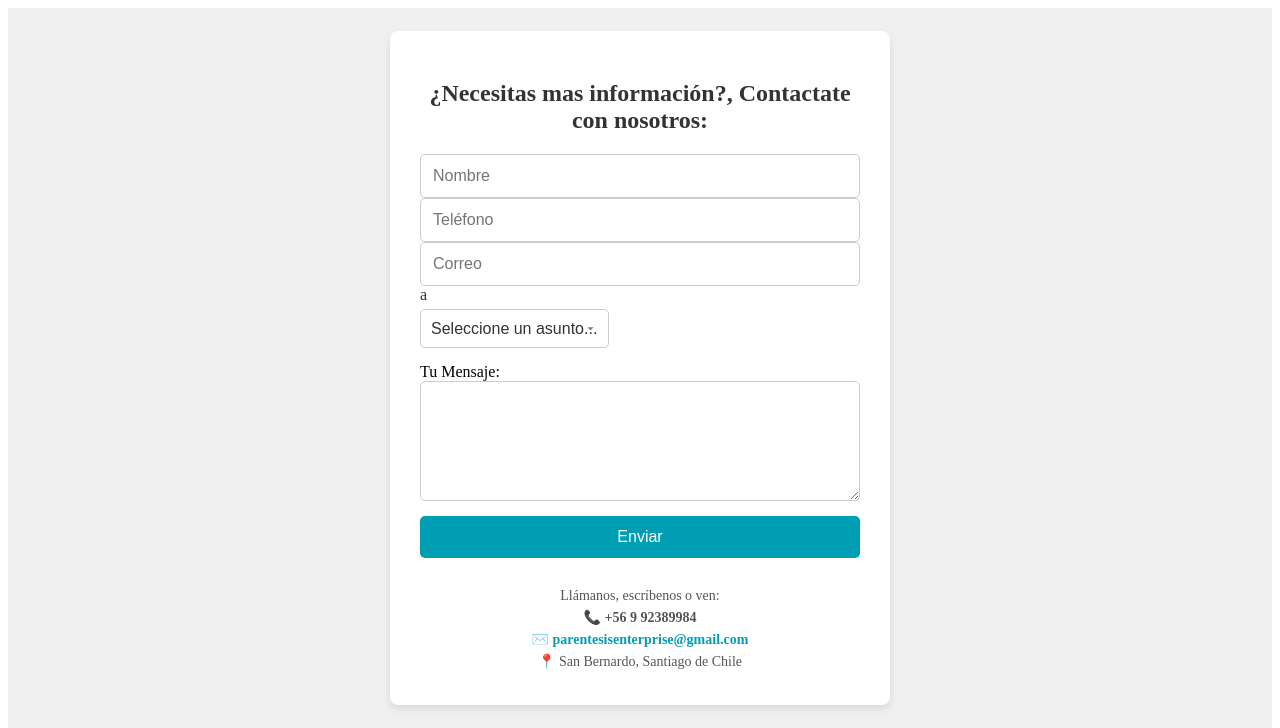
Repository: parentesisgroups/parentesisgroups.github.io
Page: html/contact/formulario_contacto.html
The author's editor kept a copy of each file at every save. The page is drawn from the files as they stood at one save, then again after the next save.
The browser window is 1280 px wide. The pictures show the part of the page from y = 0 to 728 px (the page is 1186 px tall).
Pictures or frames that could not be fetched are drawn as grey boxes.

Above is the page before, as saved 2024-11-19 13:32:10.

After the next save:
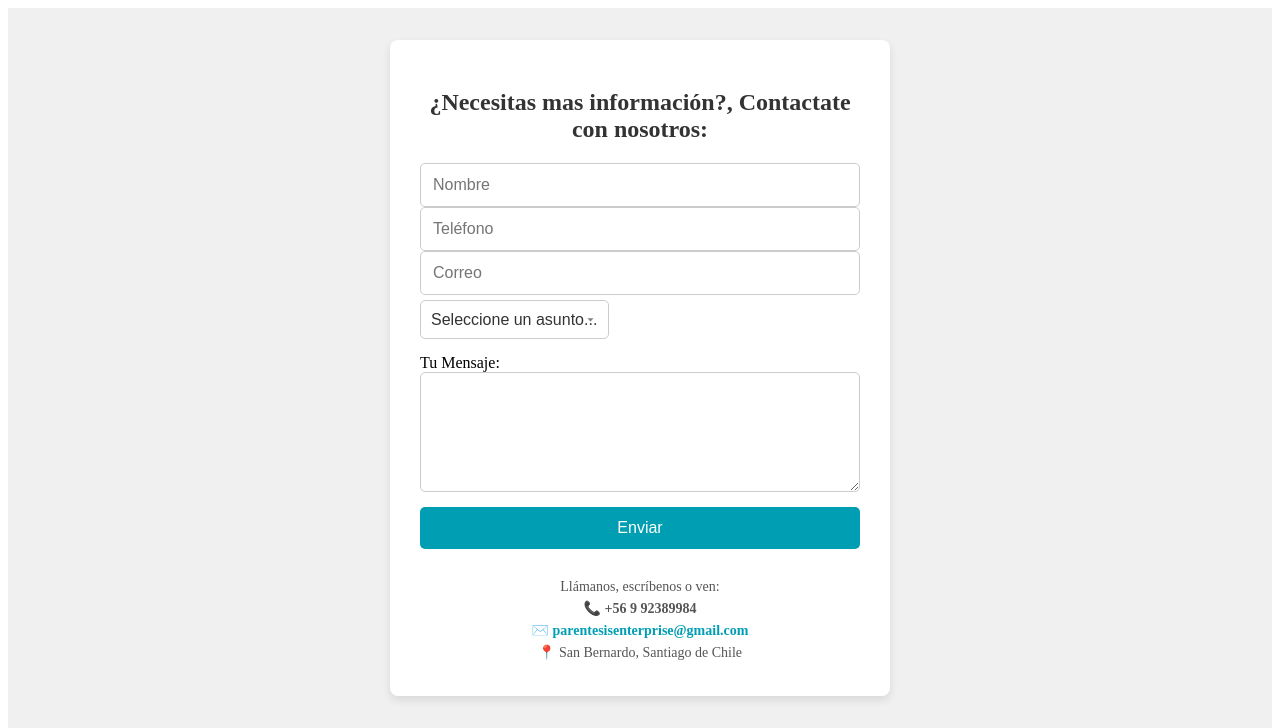
Saved 6 s later.
--- a/html/contact/formulario_contacto.html
+++ b/html/contact/formulario_contacto.html
@@ -35,7 +35,7 @@
           title="Introduce un correo válido."/>
     <!-- Combo box for selecting a subject -->
     <div class="form-row" id="asunto-container">
-      <label for="asunto">a</label>
+      <label for="asunto"></label>
       <select id="asunto" name="asunto" required>
           <option value="">Seleccione un asunto...</option>
           <option value="Consultas por servicio">Consultas por servicio</option>
